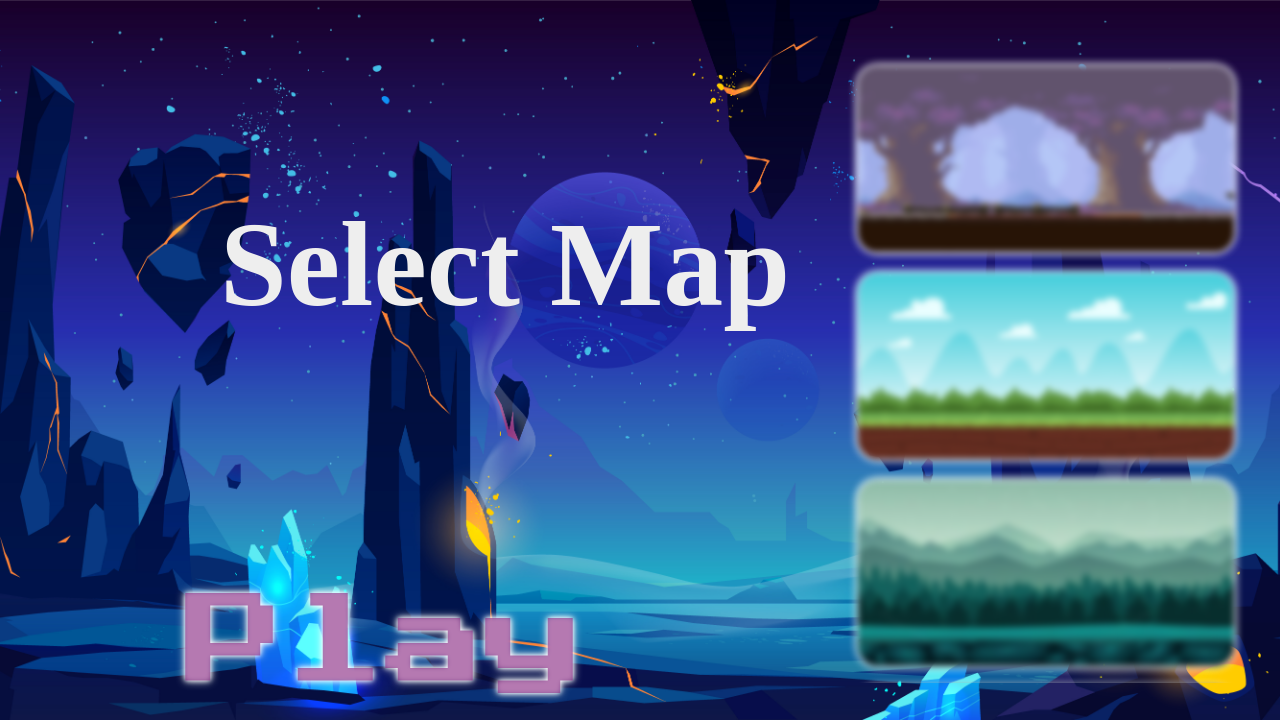
Repository: Gaurav31052/Fighting-game
Page: home.html
These files come from the project's save history. The page is drawn as it stood at one moment and after a run of saves; the edit follows.
The browser window is 1280 px wide. The pictures show the whole page.
An inner scrolling area shows only its first screen.

Above is the page before, as saved 2024-06-06 23:28:00.

After the next 2 saves:
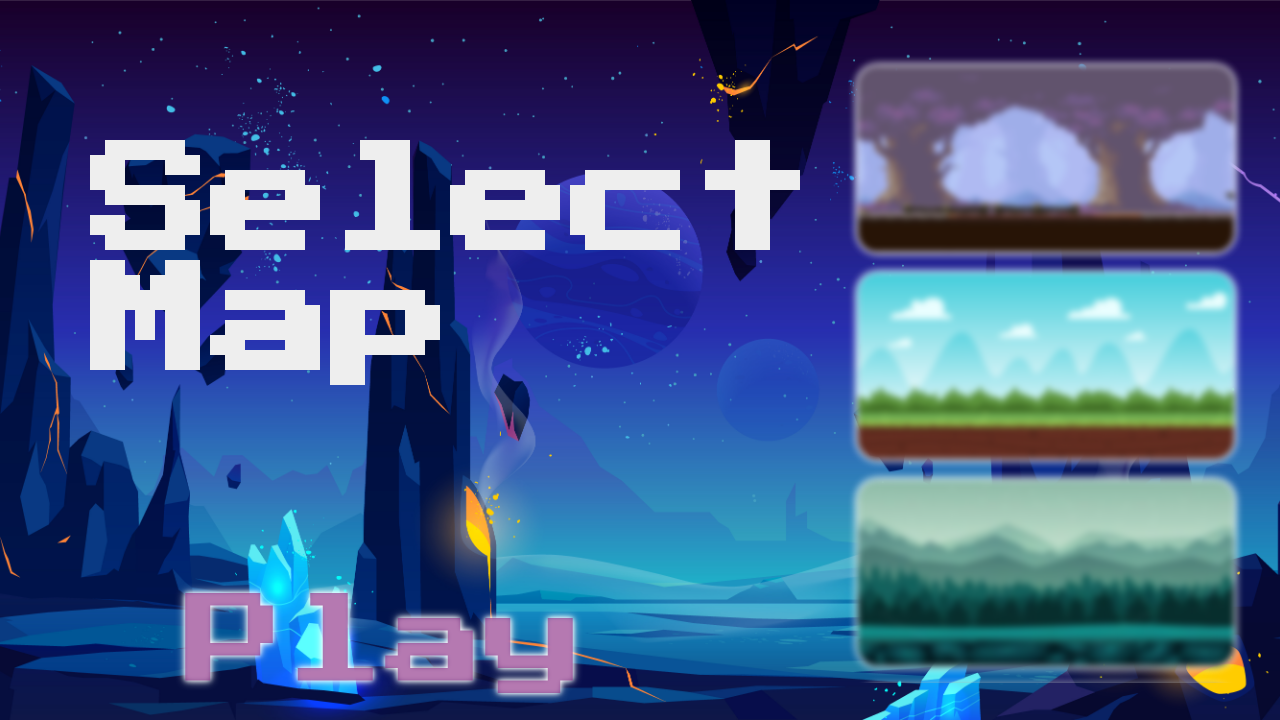
The 2 saves are shown as one change because they came seconds apart.
The last was saved 7 s later.
--- a/style.css
+++ b/style.css
@@ -60,6 +60,7 @@ a {
     display: flex;
     justify-content: space-around;
     align-items: center;
+    font-family: "Press Start 2P", system-ui;
 }
 .MapName>h1{
     font-size: 120px;
